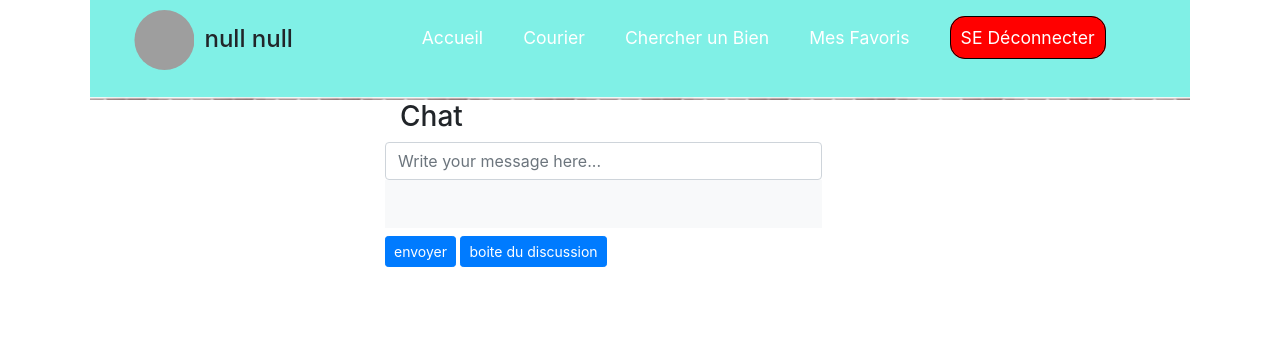
Repository: hassen-mnejja/Real_Estate_Agency_Website
Page: http://localhost/frontoffice/ControleurMessageServlet
These files come from the project's save history. The page is drawn as it stood at one moment and after the next save; the edit follows.
The browser window is 1280 px wide. The pictures show the whole page.
The page is served by Tomcat 9. Other server files are loaded and not shown.

Above is the page before, as saved 2020-06-26 17:11:47.

### frontoffice/WebContent/WEB-INF/Mess.jsp
<%@ page pageEncoding="UTF-8" %>
<%@ taglib uri="http://java.sun.com/jsp/jstl/core" prefix="c" %>
<!DOCTYPE html>
<html>
    <head>
        <meta charset="utf-8" />
         <link rel="stylesheet" href="css/bootstrap.css" />
         <link rel="stylesheet" href="css/bootstrap.min.css" />
         <link rel="stylesheet" href="style42.css" />
        <title>messagerire</title>
<script type="text/javascript">
	function confirmer(url) {
		var rep = confirm("Etes vous sûr de vouloir supprimer ?");
		if (rep == true) {
			document.location = url;
		}
	}
</script>
    </head>
    <body>
<div id="bloc_page">
        	<header>

        		<div id="logo">
        	    <img src="http://localhost:8080/backoffice/Images/Client/${id}/${id }-1.jpg" title="Photo de profil">
        	    <h1>${nom }</h1>
        	    </div>
                 <nav>
                	<ul>
                	    <li><a href="Acceuil" ><span class="acceuil">Accueil</span></a></li>
                		<li><a href="ControleurMessageServlet" ><span class="acceuil">Courier</span></a></li>
                	<!--  <li><a href="http://localhost:8080/agence_immobilier/Personnel"> Information Personnelle</a></li>-->
                		<li><a href="Image"> Chercher un Bien</a></li>
                		<li><a href="Image"> Mes Favoris</a></li>
                		<li class="blanc"><a href="Deconnexion" class="couleur"> SE Déconnecter</a></li>



                    </ul>
                </nav>
            </header>
<div style="border-radius:10px blue groove;magin:30px auto; width:700px">
<div class="container" style="position : relative; left : 40%; top : 50%">

  <form action="ControleurMessageServlet" method="get">
	   <div class="row">

            <div class="col-sm-8">
                  <div class="chatbody">
                  <div class="panel panel-primary">
                <div class="panel-heading top-bar">
                    <div class="col-md-8 col-xs-8">
                        <h3 class="panel-title"><span class="glyphicon glyphicon-comment"></span> Chat </h3>

                    </div>
                </div>

                <c:forEach  var="m" items="${model.getMsgs()}">

                              <c:if test="${m.getMessFromId()==0 }">
                                <div class="media">
                                    <img src="http://localhost:8080/backoffice/Images/Client/0/0-1.jpg"  alt="..." class="rounded-sm"><!-- imagess user chemin -->
                                    <div class="media-body">
                                    <div class="shadow-sm p-3 mb-5 bg-white rounded">
                                   <h5 class="mt-0">Systeme</h5>
                                   </div>
                                   <div class="shadow p-3 mb-5 bg-white rounded">
                                 <p>  ${m.getMessText()}</p>
                                 </div>
                                   <p class="mb-0"> ${m.getSendDate()}</p>

                                   <a href="javascript:confirmer('ControleurMessageServlet?action=supprimer&MessId=${ m.getMessId() }')">Supprimer</a>
                                   </div>
                                </div>
                             </c:if>
                             <c:if test="${m.getMessFromId()!=0 }">
                              <div class="media">
                                    <div class="media-body">
                                    <div class="shadow-sm p-3 mb-5 bg-white rounded">
                                    <h5 class="mt-0 mb-1">${nom }</h5>
                                    </div>
                                    <div class="shadow p-3 mb-5 bg-white rounded">
                                    <p>${m.getMessText()}</p>
                                    </div>
                                    <p> ${m.getSendDate()}</p>
                                    <a href="javascript:confirmer('ControleurMessageServlet?action=supprimer&MessId=${ m.getMessId() }')"><p class="font-italic">Supprimer ce message</p></a>
                                      </div>
                                     <img src="http://localhost:8080/backoffice/Images/Client/${id }/${id }-1.jpg"  alt="..." class="rounded-sm">
                                    </div>
                              </c:if>
                            </c:forEach>



                        <input id="btn-input" type="text" class="form-control input-sm chat_input" placeholder="Write your message here..."  name="mesg"/>
                        <div class="p-3 mb-2 bg-light text-dark">
                        <p class="font-italic">${message}</p>
                        </div>
                        <input type="hidden" id="temps" class="form-input" name="temps" />


                        <input type="submit" class="btn btn-primary btn-sm" id="btn-chat" name="action" value="envoyer"/>
                        <input type="submit" class="btn btn-primary btn-sm" id="btn-chat" name="action" value="boite du discussion"/>
                        </div>
                        </div>
                        </div>

                        </div>
                        </form>

                      </div>
                       </div>
                    </div>
                    <script>
		      window.addEventListener('load', () => {
			  const now = new Date();
			  now.setMinutes(now.getMinutes() - now.getTimezoneOffset());
			  document.getElementById('temps').value = now.toISOString().slice(0, -1);
			});
	              </script>
    </body>
    </html>

### frontoffice/src/com/please/ControleurMessageServlet.java
package com.please;

import java.io.IOException;
import java.util.List;

import javax.servlet.ServletException;
import javax.servlet.http.HttpServlet;
import javax.servlet.http.HttpServletRequest;
import javax.servlet.http.HttpServletResponse;

import com.stp.Mess;
import com.stp.MessControler;
import com.stp.MessageModel;
import com.stp.Utilisateur;

/**
 * Servlet implementation class ControleurMessageServlet
 */
public class ControleurMessageServlet extends HttpServlet {
	private static final long serialVersionUID = 1L;

	public ControleurMessageServlet() {
		super();

	}

	@Override
	protected void doGet(HttpServletRequest request, HttpServletResponse response) throws ServletException, IOException {
		MessageModel model = new MessageModel();
		String message;
		String temps = request.getParameter("temps");
		MessControler Messcont = new MessControler();
		String action = request.getParameter("action");
		String mesg = request.getParameter("mesg");
		request.setAttribute("id", Utilisateur.id);
		request.setAttribute("nom", Utilisateur.nom + " " + Utilisateur.prenom);
		System.out.println(Utilisateur.id);
		if (action != null) {
			if (action.equals("boite du discussion")) {
				List<Mess> messages = Messcont.listMessage(Utilisateur.id); // il faut id du client apres login
				for (Mess msg : messages) { System.out.println(msg.getMessText()); }
				model.setMsgs(messages);
				request.setAttribute("model", model);
			} else if (action.equals("envoyer")) {
				if (mesg != null) {
					Mess m = new Mess();
					m.setMessFromId(Utilisateur.id);// id cleint
					m.setMessToId(0); // admin toujours de id==0
					m.setMessText(mesg);

					m.setSendDate(temps);
					model.setMessage(m);
					Messcont.addMessage(m);
					List<Mess> messages = Messcont.listMessage(Utilisateur.id); // il faut id du client apres login
					model.setMsgs(messages);
					request.setAttribute("model", model);
				} else {
					message = "votre message est vide on ne peut l'envoyer";
					request.setAttribute("message", message);
				}

			} else {
				String MessId = request.getParameter("MessId");
				int id = Integer.parseInt(MessId);
				Messcont.deleteMessage(id);
			}

		}

		request.getRequestDispatcher("/WEB-INF/Mess.jsp").forward(request, response);
	}

	@Override
	protected void doPost(HttpServletRequest request, HttpServletResponse response) throws ServletException, IOException {

	}

}

### frontoffice/src/com/stp/MessageModel.java
package com.stp;
import java.util.ArrayList;
import java.util.List;
public class MessageModel {
    private Mess message=new Mess();
    private List<Mess> msgs = new ArrayList<>();
    public Mess getMessage() {
		return message;
	}
	public void setMessage(Mess message) {
		this.message = message;
	}
	public List<Mess> getMsgs() {
		return msgs;
	}
	public void setMsgs(List<Mess> msgs) {
		this.msgs = msgs;
	}




}

### frontoffice/src/com/stp/Mess.java
package com.stp;

public class Mess {
    private int messFromId;
   private int messToId;
   private String messText;
   private String sendDate;
   private int messId;


   public int getMessFromId() {
       return messFromId;
   }
   public void setMessFromId(int messFromId) {
       this.messFromId = messFromId;
   }
   public int getMessToId() {
       return messToId;
   }
   public void setMessToId(int messToId) {
       this.messToId = messToId;
   }
   public String getMessText() {
       return messText;
   }
   public void setMessText(String messText) {
       this.messText = messText;
   }
   public String getSendDate() {
       return sendDate;
   }
   public void setSendDate(String sendDate) {
       this.sendDate = sendDate;
   }
   public int getMessId() {
       return messId;
   }
   public void setMessId(int messId) {
       this.messId = messId;
   }



}

### frontoffice/src/com/stp/MessControler.java
package com.stp;

import java.sql.Connection;
import java.sql.DriverManager;
import java.sql.PreparedStatement;
import java.sql.ResultSet;
import java.sql.SQLException;
import java.util.ArrayList;
import java.util.List;

public class MessControler {
	private Connection connexion;

	private void loadDatabase() {

		try {
			Class.forName("com.mysql.jdbc.Driver");
		} catch (ClassNotFoundException e) {}

		try {
			String url = "jdbc:mysql://localhost:3306/agence?useUnicode=true&useJDBCCompliantTimezoneShift=true&useLegacyDatetimeCode=false&serverTimezone=UTC";

			connexion = DriverManager.getConnection(url, "root", "");
		} catch (SQLException e) {
			e.printStackTrace();
		}
	}

	public void addMessage(Mess m) {
		loadDatabase();

		try {
			PreparedStatement ps = connexion.prepareStatement("insert into message(mess_from_id,mess_to_id,mess_text,send_time) values (?,?,?,?)");

			ps.setInt(1, m.getMessFromId());
			ps.setInt(2, m.getMessToId());
			ps.setString(3, m.getMessText());
			ps.setString(4, m.getSendDate());

			ps.executeUpdate();
			// ps.close();

		} catch (SQLException e) {
			// TODO Auto-generated catch block
			e.printStackTrace();
		}
	}

	public void deleteMessage(int idMessage) {
		loadDatabase();
		try {
			PreparedStatement ps = connexion.prepareStatement("delete FROM message where mess_from_id = ?");
			ps.setInt(1, idMessage);
			ps.executeUpdate();
			ps.close();
		} catch (SQLException e) {
			// TODO Auto-generated catch block
			e.printStackTrace();
		}

	}

	public List<Mess> listMessage(int idclient) {
		List<Mess> msgs = new ArrayList<Mess>();
		loadDatabase();
		try {
			PreparedStatement ps = connexion.prepareStatement("SELECT * FROM message where( mess_from_id =?|| mess_to_id=?)  order by send_time");
			ps.setInt(1, idclient);
			ps.setInt(2, idclient);
			ResultSet rs = ps.executeQuery();
			while (rs.next()) {
				Mess m = new Mess();
				m.setMessFromId(rs.getInt("mess_from_id"));
				m.setMessToId(rs.getInt("mess_to_id"));
				m.setMessText(rs.getString("mess_text"));
				m.setSendDate(rs.getString("send_time"));
				m.setMessId(rs.getInt("mess_id"));

				msgs.add(m);
			}
			ps.close();
		} catch (SQLException e) {
			// TODO Auto-generated catch block
			e.printStackTrace();
		}
		return msgs;
	}

}

### frontoffice/src/com/stp/Utilisateur.java
package com.stp;

import java.sql.Connection;
import java.sql.DriverManager;
import java.sql.PreparedStatement;
import java.sql.ResultSet;
import java.sql.SQLException;
import java.sql.Statement;
import java.util.ArrayList;
import java.util.List;

import javax.servlet.http.HttpServletRequest;

public class Utilisateur {
	public static int id;
	public static int bien;
	public static int entrer;
	public static String nom;
	public static String prenom;
	public static String email;
	public static String numtel;
	public static String password;
	public static List<String[]> listefavoris = new ArrayList<String[]>();
	private Connection connexion;
	private Statement st;
	private ResultSet rs;

	private void loadDatabase() {

		try {
			Class.forName("com.mysql.jdbc.Driver");
		} catch (ClassNotFoundException e) {}

		try {
			String url = "jdbc:mysql://localhost:3306/agence?useUnicode=true&useJDBCCompliantTimezoneShift=true&useLegacyDatetimeCode=false&serverTimezone=UTC";

			connexion = DriverManager.getConnection(url, "root", "");
		} catch (SQLException e) {
			e.printStackTrace();
		}
	}

	public int identifiant(HttpServletRequest request) {
		String emaile = request.getParameter("email");
		String passworde = request.getParameter("password");
		loadDatabase();
		try {
			st = connexion.createStatement();
			rs = st.executeQuery("select * from client c where " + "c.email='" + emaile + "'" + " AND c.password='" + passworde + "';");
			if (rs != null) {
				rs.next();
				id = rs.getInt("idclient");
				prenom = rs.getString("prenom");
				nom = rs.getString("nom");
				password = rs.getString("password");
				email = rs.getString("email");
				numtel = rs.getString("numtel");

			} else
				id = 0;
		} catch (SQLException e) {
			e.printStackTrace();
		} finally {
			// Fermeture de la connexion
			try {
				if (rs != null)
					rs.close();
				if (st != null)
					st.close();
				if (connexion != null)
					connexion.close();
				/*
				 * if (st1 != null) st.close();
				 */
			} catch (SQLException ignore) {
				ignore.printStackTrace();
			}

		}
		return id;
	}

	public void addClient(HttpServletRequest request) {
		loadDatabase();

		try {
			PreparedStatement ps = connexion.prepareStatement("insert into client(nom,prenom,password,email,numtel) values(?,?,?,?,?)");
			/* ps.setString(1,null); */
			String email = request.getParameter("email");
			String pwd1 = request.getParameter("pwd1");
			String nom = request.getParameter("nom");
			String prenom = request.getParameter("prenom");
			String tel = request.getParameter("num");
			this.prenom = prenom;
			this.email = email;
			this.password = pwd1;
			this.nom = nom;
			this.numtel = tel;
			ps.setString(1, nom);
			ps.setString(2, prenom);
			ps.setString(3, pwd1);
			ps.setString(4, email);
			ps.setString(5, tel);
			ps.executeUpdate();
		} catch (SQLException e) {

			e.printStackTrace();

		}
	}

	public int dernierligne() {
		loadDatabase();
		int i = 0;
		try {
			st = connexion.createStatement();
			rs = st.executeQuery("select * from client ;");

			while (rs.next())
				i = i + 1;
		} catch (SQLException e) {
			e.printStackTrace();
		}

		return i;
	}

	public boolean UpdateClient(HttpServletRequest request) {
		loadDatabase();
		boolean flag = false;
		String sql = "update client set password=?,numtel=?,nom=?,prenom=?,email=? where idclient=?";
		try {
			PreparedStatement ps = connexion.prepareStatement(sql);

			ps.setString(1, request.getParameter("pwd1"));
			ps.setString(2, request.getParameter("num"));
			ps.setString(3, request.getParameter("nom"));
			ps.setString(4, request.getParameter("prenom"));
			ps.setString(5, request.getParameter("email"));
			ps.setInt(6, id);
			if (ps.executeUpdate() > 0) {
				flag = true;

			}
			ps.close();
		} catch (SQLException e) {
			// TODO: handle exception
			e.printStackTrace();
		}
		return flag;

	}
}

### frontoffice/WebContent/style42.css
@CHARSET "ISO-8859-1";
#bloc_page
{
    width: 1100px;
    margin: auto;
   /*background-color:#80F0E6;*/
}
header
{
   display:flex;
   justify-content: space-around;
   background-color:#E4DEDD;
   /*#80F0E6
   background-color:#E4DEDD;*/
   height:100px;
   background: url('separateur.png') repeat-x bottom #80F0E6;
}

/*navigation*/
nav ul
{
	display:flex;
	list-style: none;
	margin-top:15px;
}
nav ul a
{
	text-decoration:none;
	color:white;
	margin-right:40px;
	font-size: 1.1em;

}
.down
{
	display:none;
   /* margin-right:500px;*/
    padding: 0px;


}
.down a
{
	font-size: 0.9em;
}
a:hover
{
	color:red;
}
nav ul li:hover .down
{
	display:flex;
	flex-direction:column;
	margin-right:-30px;
}
#logo
{
	display:flex;
}
#logo img
{
    /*border-radius:15px 15px 15px 15px ;*/
	width:60px;
	height:60px;
	clip-path:ellipse(50% 50%);
	margin-top: 10px;
	float:left;

}
#logo h1
{
	/*width:25px;*/
	margin-top:25px;
	margin-left:10px;
	font-size:1.5em;

}
#logo p
{
	margin-top:40px;
	margin-left:-10px;
}
nav ul li
{
	margin-top:10px;
}
.essai
{
	/*width:70px;*/
	background-color:blue;
	margin-top:-20px;
}
.essai h1
{
	position:relative;
	top:50%;
	left:47%;
	color:white;
	font-size:1em;
}
.form1
{
	background-color: #eff0f1;
	border:1px solid black;
	border-radius: 5px;
	width:200px;
	padding: 25px;
	margin-top: 50px;
}
.mode
{
	margin-top: 20px;
	font-weight: bold;
}
.element{
	margin-top: 20px;
	font-weight: bold;
}
.type{
	margin-top: 5px;
}
.chercher
{

	margin-left:80px;px;
	margin-top: 20px;
	width:120px;
	color:white;
	border-radius: 5px;
	background-color: red;
	border:1px solid black;
	font-weight: bold;
	cursor:pointer;
}
.couleur
{
	border:1px black solid;
	padding:10px;
	border-radius: 15px 15px;
	background-color:red;
	color:white;
}
.blanc a:hover{
	color: white;
}
.element1{
	margin-top: 20px;
	font-weight: bold;
}
.type{
	margin-top: 5px;
}
.budget
{
	width:90px;
	border-radius:5px;
	margin-top: 5px;
}
.chambres
{
	width:190px;
	margin-top:5px;
	border-radius: 5px;

}
.caract
{
	margin-top: 5px;
}
.crit
{
	margin-top:5px;
}
.bien
{
	margin-top: 5px;
}
.region
{
	width: 190px;
	margin-top: 5px;
	border-radius: 5px;
}
.annonces
{
	margin-top: 50px;
	display:flex;
	flex-wrap:wrap;
}
.annonce
{
	display:flex;
	border:1px solid black;
	background-color: #eff0f1 ;
	border-radius: 5px;
	margin-left: 20px;
	/*margin-top: 50px;*/
	height: 250px;
	margin-bottom: 15px;
	width:400px;
	height:230px;


}
.image1 img
{

    margin-top: 0;
	width:150px;
	height:100%;

}
.description
{
	padding-left: 10px;
	text-align: justify;
	margin-left:7px;
	padding-right: 10px;

}
.description h1
{
	font-size: 1.4em;
	height:30px;
	margin-top:-5px;
}
.gmara
{

	font-size:1.3em;
}
.description .paragraphe1
{
	color:blue;
	font-weight: bold;
}
.clique button
{
	position:relative;
	/*left:75%;*/
	background-color:red;
	color:white;
	font-weight: bold;
	padding-left: 2px;
	border:1px solid black;
	width:105px;
	background-color:red;
	border-radius: 5px;
	/*margin-left:78%;*/
	/*margin-top:5%;*/
	/*top:05px;*/
}
.clique
{
	position:relative;
	top:10px;
}
section
{
	display:flex;
}
.annonces a
{
	text-decoration:none;
	color:white;
	padding:2px;

}

.testtt
{
	width:20px;
	float:left;
}
.favoris button
{
	position:relative;
	background-color:red;
	border:1px solid black;
	border-radius:5px 5px;
	/*width:130px;*/
	color:white;
	padding:2px;
	top:0%;
	font-weight:bold;
	font-size:0.75em;
}
.favoris div
{
	margin-top:-20px;

}
#final
{
	background-color: #80F0D1;
	margin-top: 70px;
}
footer
{
	display:flex;
	justify-content: space-around;
	height:250px;
	background: url('separateur.png') repeat-x top;

}
footer ul
{
	list-style: none;
	display:flex;
	flex-direction: column;
}
footer ul li
{
    margin-top: 20px;
    margin-right: 100px;
}
footer ul a
{
	text-decoration:none;
	color:white;

}
footer .element2 img
{
	width:20px;
	height: 20px;
	margin-right: 10px;
	margin-top: 100px;
}
footer .element1
{
	display:flex;
	flex-direction:column;

}
footer .element1 img
{
	width:100px;
	height: 100px;
	margin-left: 20px;
	margin-top:50px;
}
footer .element1 h1
{
    color:white;
   font-size: 1.3em;
   margin-left: 20px;
}
button
{
	cursor:pointer;
}
.couleur
{
	border:1px black solid;
	padding:10px;
	border-radius: 15px 15px;
	background-color:red;*/
	color:white;
	/*font-size:1em;*/

}
.blancc a:hover{
	color: white;
}
.blanc a:hover{
	color: white;
}
a img
{
	width:30px;
	height: 20px;
	margin-top: 0px;
	position: relative;
	left:40%;
	transition: 0.6s;
}

Loaded but not shown: frontoffice/WebContent/css/bootstrap.css (library); frontoffice/WebContent/css/bootstrap.min.css (library)

After the next save:
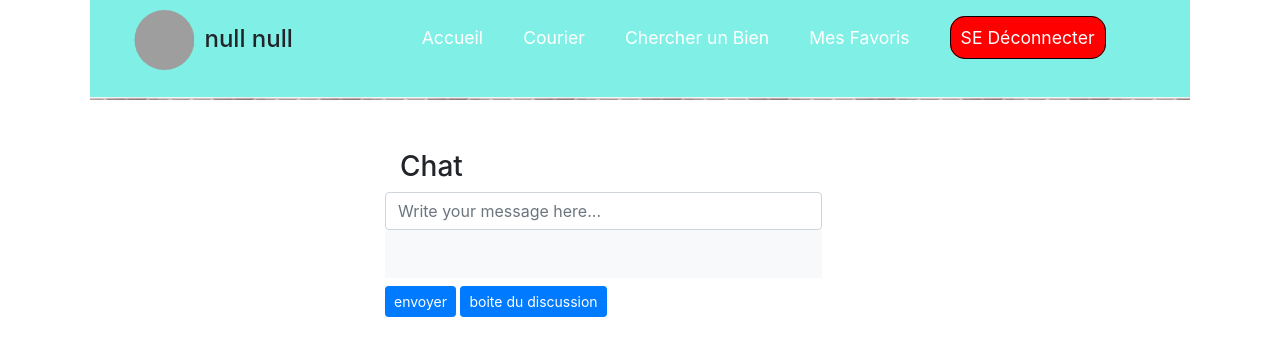
Saved 15 s later.
--- a/frontoffice/WebContent/WEB-INF/Mess.jsp
+++ b/frontoffice/WebContent/WEB-INF/Mess.jsp
@@ -40,7 +40,7 @@
                 </nav>
             </header>
 <div style="border-radius:10px blue groove;magin:30px auto; width:700px">
-<div class="container" style="position : relative; left : 40%; top : 50%">
+<div class="container" style="position : relative; left : 40%; margin-top : 50px">
 
   <form action="ControleurMessageServlet" method="get">
 	   <div class="row">
